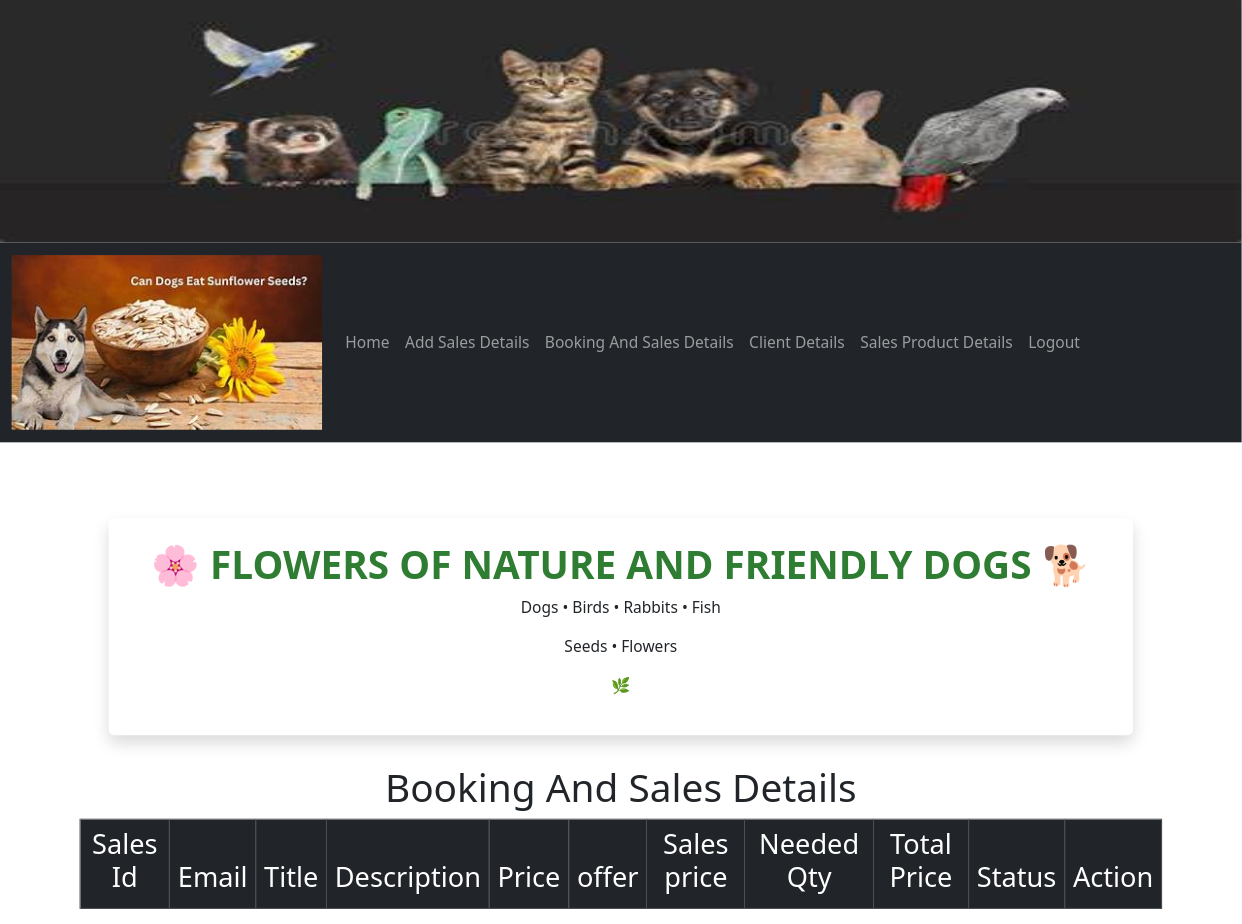
Repository: sangee123456/flowersanddogshop
Page: http://localhost/FlowersofNatureandFriendlyAnimals/WEB-INF/jsp/admin/bookingsalesdetails.jsp
The author's editor kept a copy of each file at every save. The page is drawn from the files as they stood at one save, then again after the next save.
The browser window is 1280 px wide. The pictures show the whole page, at 97% of full size.
The page is served by Tomcat 9. Nobody is signed in. Other server files are loaded and not shown. The template is opened directly, without the code that normally fills it, so the values that code supplies are empty.

Above is the page before, as saved 2026-04-04 05:41:43.

### FlowersofNatureandFriendlyAnimals/FlowersofNatureandFriendlyAnimals/src/main/webapp/WEB-INF/jsp/admin/bookingsalesdetails.jsp
<%@ page language="java" contentType="text/html; charset=UTF-8"
    pageEncoding="UTF-8"%>
   <%@ taglib prefix="c" uri="http://java.sun.com/jsp/jstl/core" %>
<!DOCTYPE html>
<html>
<head>
<meta charset="UTF-8">
<title>Nature flower and dogs</title>
<link href="https://cdn.jsdelivr.net/npm/bootstrap@5.3.8/dist/css/bootstrap.min.css" rel="stylesheet">
  <script src="https://cdn.jsdelivr.net/npm/bootstrap@5.3.8/dist/js/bootstrap.bundle.min.js"></script>
</head>
<body>
<div>

<img src="../images/OIP.jpg" alt="dog" width="100%" height="250px">
<nav class="navbar navbar-expand-sm bg-dark navbar-dark">
  <div class="container-fluid">
    <a class="navbar-brand" href="#"><img src="../images/banner.jpg" alt="dog"></a>
    <button class="navbar-toggler" type="button" data-bs-toggle="collapse" data-bs-target="#collapsibleNavbar">
      <span class="navbar-toggler-icon"></span>
    </button>
    <div class="collapse navbar-collapse" id="collapsibleNavbar">
      <ul class="navbar-nav">
        <li class="nav-item">
          <a class="nav-link" href="admin/adminindex">Home</a>
        </li>
                <li class="nav-item">
          <a class="nav-link" href="addsalesdetails"> Add Sales Details</a>
        </li>
        <li class="nav-item">
          <a class="nav-link" href="bookingsalesdetails">Booking And Sales Details</a>
        </li>

        <li class="nav-item">
          <a class="nav-link" href="clientdetails">Client Details</a>
        </li>
        <li class="nav-item">
          <a class="nav-link" href="salesproductdetails"> Sales Product Details</a>
        </li>

         <li class="nav-item">
          <a class="nav-link" href="http://localhost:8080/index">Logout</a>
        </li>
      </ul>
    </div>
  </div>

</nav>
</div>
<div class="container mt-5">
<h1 style="text-align: center; color: blue;"></h1>
<div style=" padding: 30px;">

    <div class="text-center bg-white p-4 rounded shadow">

        <h1 style="font-weight:bold; color:#2e7d32; "class="img-hover1">
            🌸  FLOWERS OF NATURE AND FRIENDLY DOGS 🐕
        </h1>

        <p>Dogs • Birds • Rabbits • Fish</p>
        <p>Seeds • Flowers
        </p>
<P>🌿</P>


    </div>

</div>
<div>

</div>
<h1 style="text-align: center;">Booking And Sales  Details</h1>
<div style="float:right;">
<a href="admin/export"></a>

</div>
<table class="table table-bordered table-hover table-striped text-center">
<thead class="table-dark">
<tr>
<td><h3>Sales Id</h3> </td>
<td><h3>Email</h3></td>
<td><h3>Title</h3></td>
<td><h3>Description</h3></td>
<td><h3>Price</h3> </td>
<td><h3>offer</h3></td>
<td><h3>Sales price </h3></td>
<td><h3>Needed Qty </h3></td>
<td><h3>Total Price </h3></td>
<td><h3>Status </h3></td>
<td><h3>Action </h3></td>
</tr>
</thead>
<tbody>
<c:forEach items="${orderd}" var="d">
<tr>
<td>${d.bookingid}</td>
<td>${d.email}</td>
<td>${d.title}</td>

<td>${d.desicription}</td>
<td>${d.price}</td>
<td>${d.offer}</td>
<td>${d.salesprice}</td>
<td>${d.neededqty}</td>
<td>${d.totalprice}</td>
<td>${d.action}</td>
<td>
<form action="forbookingstatuschange" method="post">
<input type="hidden" name="bookingid" value="${d.bookingid}">
<input type="hidden" name="action" value="${d.action}">

<c:choose>
<c:when test="${d.action == 'booked'}">
<select name="status">
<option>Select</option>
<option>Packed</option>
</select>
</c:when>

    <c:otherwise>
<select name="status">
<option>Select</option>
<option>Out to Delivery</option>
</select>
</c:otherwise>
</c:choose>

<button>Edit</button>
</form>

</td>

</tr>
</c:forEach>
</tbody>
</table>
</div>
</body>
</html>

After the next save:
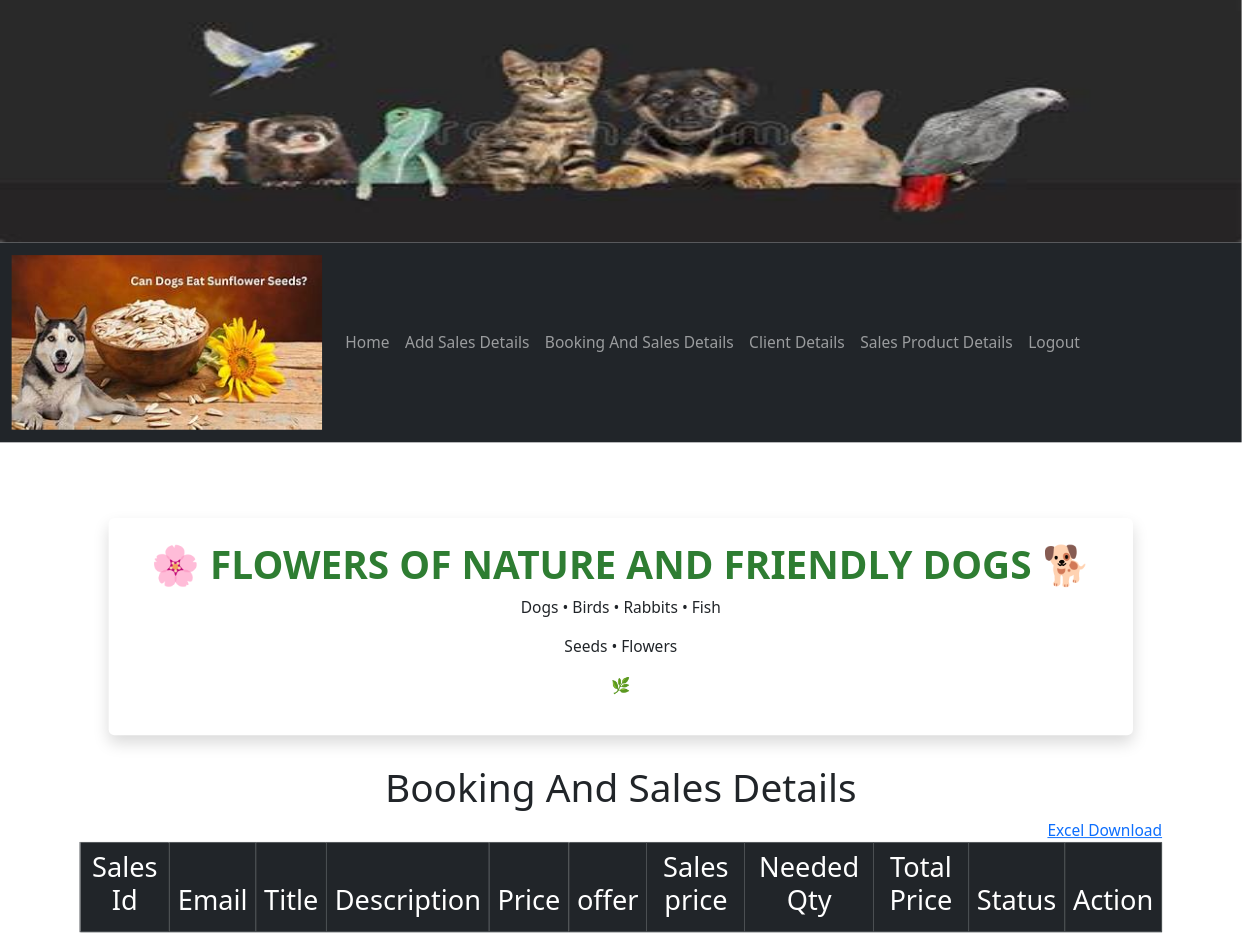
Saved 37 s later.
--- a/FlowersofNatureandFriendlyAnimals/FlowersofNatureandFriendlyAnimals/src/main/webapp/WEB-INF/jsp/admin/bookingsalesdetails.jsp
+++ b/FlowersofNatureandFriendlyAnimals/FlowersofNatureandFriendlyAnimals/src/main/webapp/WEB-INF/jsp/admin/bookingsalesdetails.jsp
@@ -71,7 +71,7 @@
 </div>
 <h1 style="text-align: center;">Booking And Sales  Details</h1>
 <div style="float:right;">
-<a href="admin/export"></a>
+<a href="admin/export">Excel Download</a>
 
 </div>
 <table class="table table-bordered table-hover table-striped text-center">
